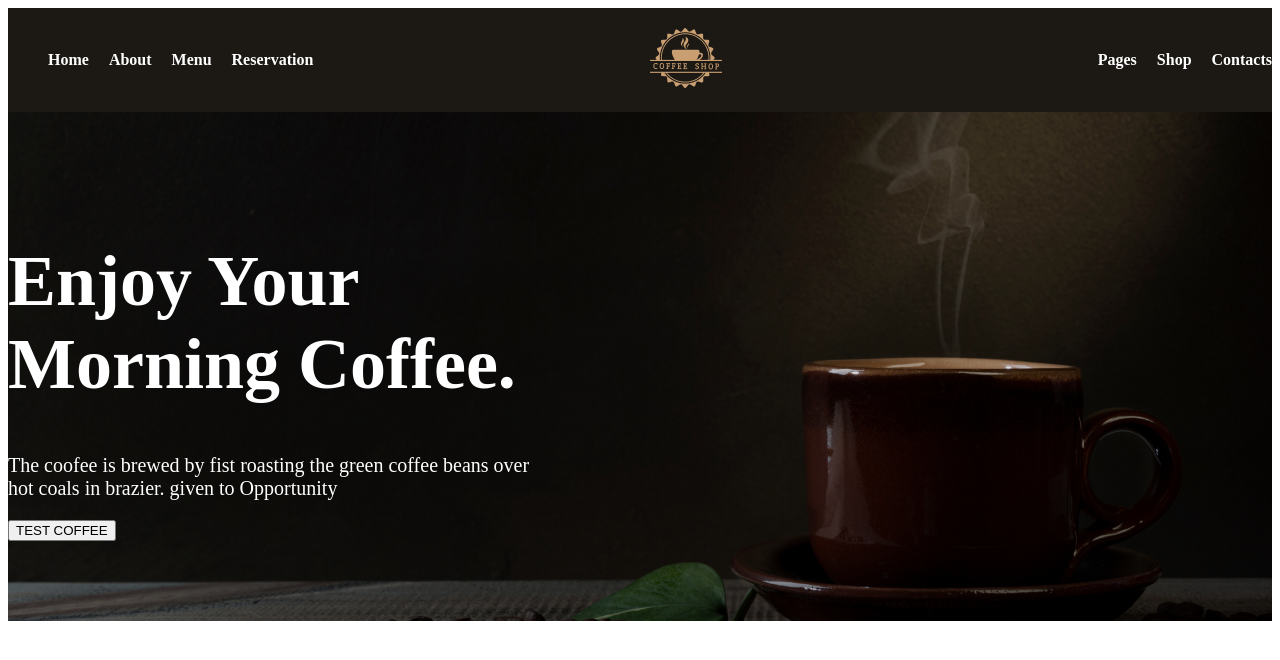
Repository: SitoraRashidova/CoffeShop_Figma
Page: /
These files come from the project's save history. The page is drawn as it stood at one moment and after the next save; the edit follows.
The browser window is 1280 px wide. The pictures show the whole page.
The project was rebuilt for these pictures with package versions that can differ from the ones it lists, and the page was loaded fresh each time. Also part of the build but not shown: vite.config.js.

Above is the page before, as saved 2024-11-24 23:11:47.

### src/index.css
/* :root {
  font-family: Inter, system-ui, Avenir, Helvetica, Arial, sans-serif;
  line-height: 1.5;
  font-weight: 400;

  color-scheme: light dark;
  color: rgba(255, 255, 255, 0.87);
  background-color: #242424;

  font-synthesis: none;
  text-rendering: optimizeLegibility;
  -webkit-font-smoothing: antialiased;
  -moz-osx-font-smoothing: grayscale;
} */


.container {
  width: 100%;
  max-width: 1296px;
  margin: 0 auto;
}

/* Header uchun style */

.header{
  background-color: #1C1814;
  padding: 20px 0;
}

.header-wrapper{
  display: flex;
  align-items: center;
  justify-content: space-between;
}

.nav-list{
  display: flex;
  align-items: center;
  justify-content: space-between;
  gap: 20px;
}

.nav-list__item{
  list-style: none;
}

.nav-list__item-link{
  color: white;
  text-decoration: none;
  font-weight: 600;
}

/* Hero uchun style */

.hero{
  width: 100%;
  height: auto;
  background-image: url('./assets/hero-logo.png');
  background-size: cover;
  background-repeat: no-repeat;
}

.hero-content{
  width: 100%;
  max-width: 529px;
  padding: 80px 0;
}

.hero-content__title{
  font-size: 72px;
  color: #fff;
}

.hero-content__desc{
  font-size: 20px;
  color: #fff;
}

/* .hero-btn{
  padding: 24px 40px;
  font-weight: 700;
  font-size: 18px;
  border: none;
  background-color: #C99E71;
  color: #fff;
} */

### src/App.jsx
import './App.css'
import Header from './components/header'
import Hero from './components/hero'

function App() {

  return (
    <>
     <Header />
     <Hero />
    </>
  )
}

export default App

### src/App.css
*{
  box-sizing: border-box;
}

/* Header uchun style */

.container {
  width: 100%;
  max-width: 1296px;
  margin: 0 auto;
}

### src/components/header.jsx
import Logo from "../assets/Logo.png";

const Header = () => {
  return (
    <header className="header">
      <div className="container">
        <div className="header-wrapper">
          <nav>
            <ul className="nav-list">
              <li className="nav-list__item">
                <a className="nav-list__item-link" href="/home">
                  Home
                </a>
              </li>
              <li className="nav-list__item">
                <a className="nav-list__item-link" href="/about">
                  About
                </a>
              </li>
              <li className="nav-list__item">
                <a className="nav-list__item-link" href="/menu">
                  Menu
                </a>
              </li>
              <li className="nav-list__item">
                <a className="nav-list__item-link" href="/Reservation">
                  Reservation
                </a>
              </li>
            </ul>
          </nav>
          <div>
            <img src={Logo} alt="web site logo" />
          </div>
          <nav>
            <ul className="nav-list">
              <li className="nav-list__item">
                <a className="nav-list__item-link" href="/home">
                  Pages
                </a>
              </li>
              <li className="nav-list__item">
                <a className="nav-list__item-link" href="/about">
                  Shop
                </a>
              </li>
              <li className="nav-list__item">
                <a className="nav-list__item-link" href="/menu">
                  Contacts
                </a>
              </li>
            </ul>
          </nav>
        </div>
      </div>
    </header>
  );
};

export default Header;

### src/components/hero.jsx


const Hero = () => {
  return (
    <div className="hero">
        <div className="container">
           <div className="hero-content">
            <h1 className="hero-content__title">Enjoy Your
            Morning Coffee.</h1>
            <p className="hero-content__desc">The coofee is brewed by fist roasting the green coffee beans over hot coals in brazier. given to Opportunity</p>
            <button className="hero-btn">TEST COFFEE</button>
           </div>
        </div>
    </div>
  )
}

export default Hero

Loaded but not shown: index.html (common file); src/main.jsx (common file)

After the next save:
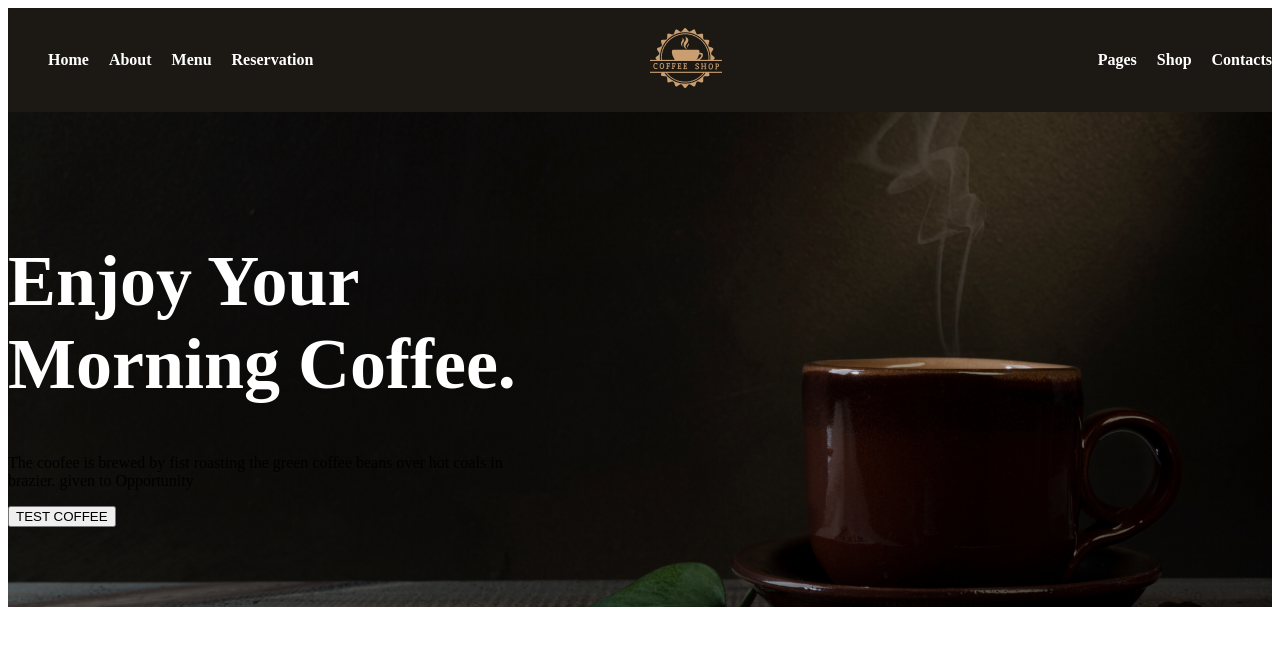
Saved 9 s later.
--- a/src/index.css
+++ b/src/index.css
@@ -71,10 +71,10 @@
   color: #fff;
 }
 
-.hero-content__desc{
+/* .hero-content__desc{
   font-size: 20px;
   color: #fff;
-}
+} */
 
 /* .hero-btn{
   padding: 24px 40px;
